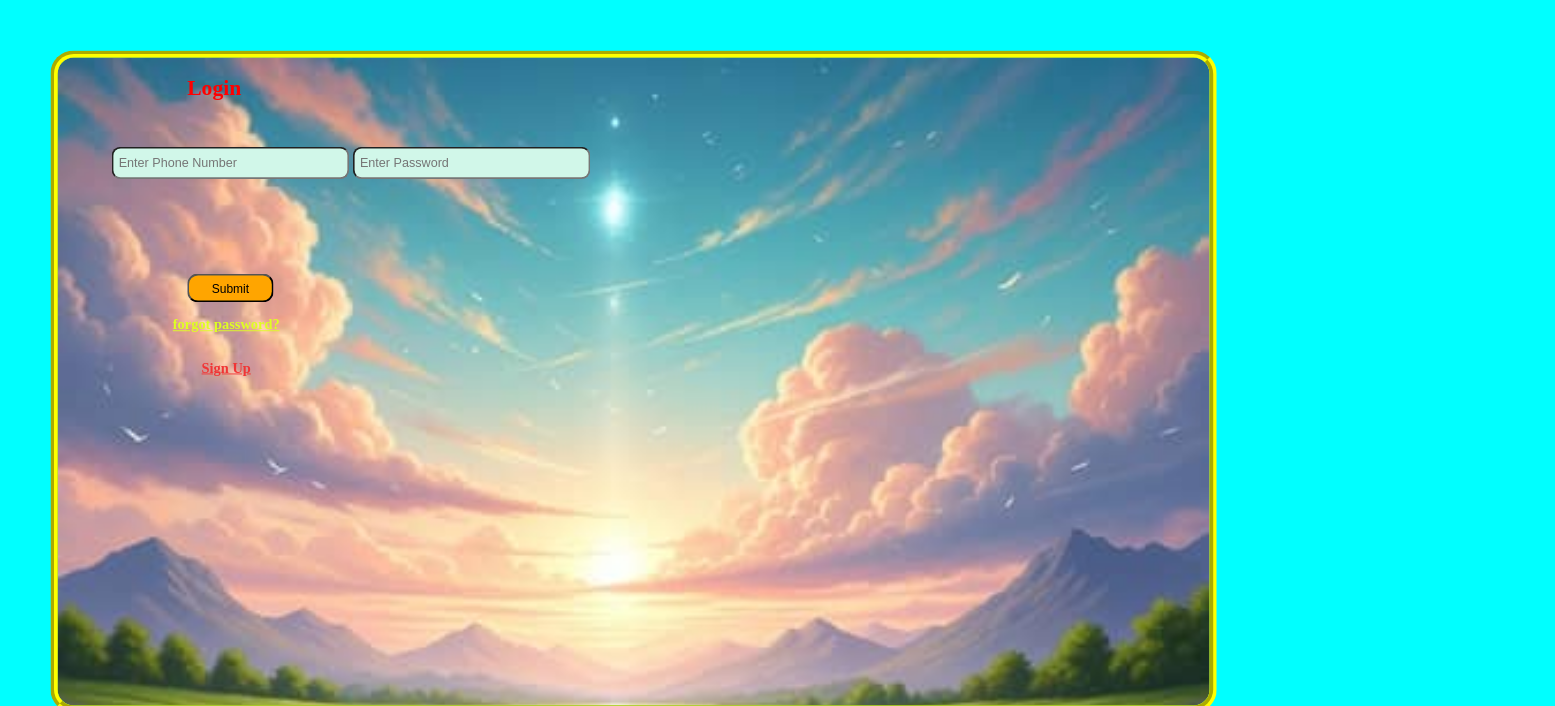
Repository: Amani-Kibet/express-app-web
Page: pages/signup/login.html
The author's editor kept a copy of each file at every save. The page is drawn from the files as they stood at one save, then again after the next save.
The browser window is 1280 px wide. The page is 1488 px wide, then 1728 px, so the pictures cover 1728 px, including what lies to the right of the window. The pictures show the whole page, at 90% of full size.

Above is the page before, as saved 2025-09-28 16:04:33.

### pages/signup/login.html
<!DOCTYPE html>
<head>
  <title> Login Page</title>
  <style>
    #board{
      background: url(/pictures/p1.png);
      background-size: cover;
      width: 100vw;
      height: 100vh;
      border-radius: 18px;
      outline: 8px groove yellow;
      position: absolute;
      top: 4rem;
      left: 4rem;
    }
  h2{
    color: red;
    position: relative;
    left: 9rem
  }
  .inputs{
    width: 16rem;
    height: 30px;
    position: relative;
    left: 60px;
    margin-top: 2rem;
    border-radius: 10px;
    color: blue;
    font-size: 14px;
    background-color: rgb(209, 247, 233);
  }
  #submit{
    background: orange;
    position: absolute;
    width: 6rem;
    height: 2rem;
    top:15rem;
    left: 9rem;
    border-radius: 12px;
  }
  .links{
    position: absolute;
    font-weight: 800;
  }
  #link1{
    top: 18rem;
    left: 8rem;
    color:rgb(222, 255, 34)
  }
  #link2{
    top: 21rem;
    left: 10rem;
    color:rgb(241, 53, 53);
  }
  #msg{
    background: lightblue;
    width: 14rem;
    height: 14rem;
    border-radius: 10px;
    position: absolute;
    bottom: 8rem;
    left: 5rem;
    outline: 2px groove yellow;
    display: none;
  }
  .prog{
    width: 3rem;
    height: 3rem;
    border-radius: 40px;
    position: absolute;
    top: 2rem;
    left: 4.5rem;
    outline: 10px groove yellow;
    font-size: 40px;
  }
  #prog2{
      transform: rotateY(90deg)
  }
  #progC{
    transform-style: preserve-3d;
    animation: spin 4s ease-in-out infinite;
  }
  #msgT{
    position: relative;
    top: 6rem;
    left: 1rem;
    color: blue;
    font-weight: 500;
    font-size: large;
    width: 12rem;
    height: 50px;
  }
  #loginT{
    position: relative;
    top: 6rem;
    left: 1rem;
    color: rgb(255, 60, 0);
    font-weight: 500;
    font-size: large;
    width: 12rem;
    height: 50px;
  }
  @keyframes spin{
    0%{transform: rotateY(0deg) rotateX(0deg) translateX(0px)}
    50%{transform: rotateY(360deg) rotateX(60deg) translateX(50px)}
    100%{transform: rotateY(0deg) rotateX(0deg) translateX(0px)}
  }
  </style>
</head>
<body bgColor="cyan">
  <div id="board">
    <h2>Login</h2>
    <input type="number" class="inputs" id="phoneI" placeholder=" Enter Phone Number">
    <input type="password" class="inputs" id="passI" placeholder=" Enter Password">
  <button id="submit" onclick="f1()">Submit</button>
  <a id="link1" class="links" href="http:localhost:3000">forgot password?<a>
    <a class="links" id="link2" href="/pages/signup/signIn.html">Sign Up</a>
    <div id="msg">
      <div id="progC">
        <div id="prog1" class="prog">🔴</div>
      <div id="prog2" class="prog">🟢</div>
      </div>
      <p id="loginT">Logging in...</p>
      <h3 id="msgT">No text returned</h3>
    </div>
  </div>
</body>
<script>
  let bt1= document.getElementById("submit")
  let msgT= document.getElementById("msgT")
  let msg= document.getElementById("msg")
  let phoneC= document.getElementById("phoneI");
  let passC= document.getElementById("passI")

function f1(){
  let phoneI= document.getElementById("phoneI").value;
  let passI= document.getElementById("passI").value;

  fetch("/path4",{
    method: "POST",
    headers: {"Content-Type":"application/json"},
    body: JSON.stringify({phone: `${phoneI}`, pass: `${passI}`})
  })
  .then(type=> type.json())
  .then(data=>{
    if(data.name=="Null"){
      phoneC.style.color="red";
      phoneC.type="text";
      phoneC.value+=" Is Not Found";

      setTimeout(()=>{
        phoneC.style.color="blue";
        phoneC.type="number";
      }, 5000);
    } else
    {
      msg.style.display="block";
      msgT.innerHTML=`Welcome Back ${data.name}!`;
      setTimeout(()=>{
        msg.style.display="none";
        window.location.href="/pages/contents/profile.html"
      }, 8000);
    }
  });
  console.log(x.split(" "))
}
</script>
</html>

After the next save:
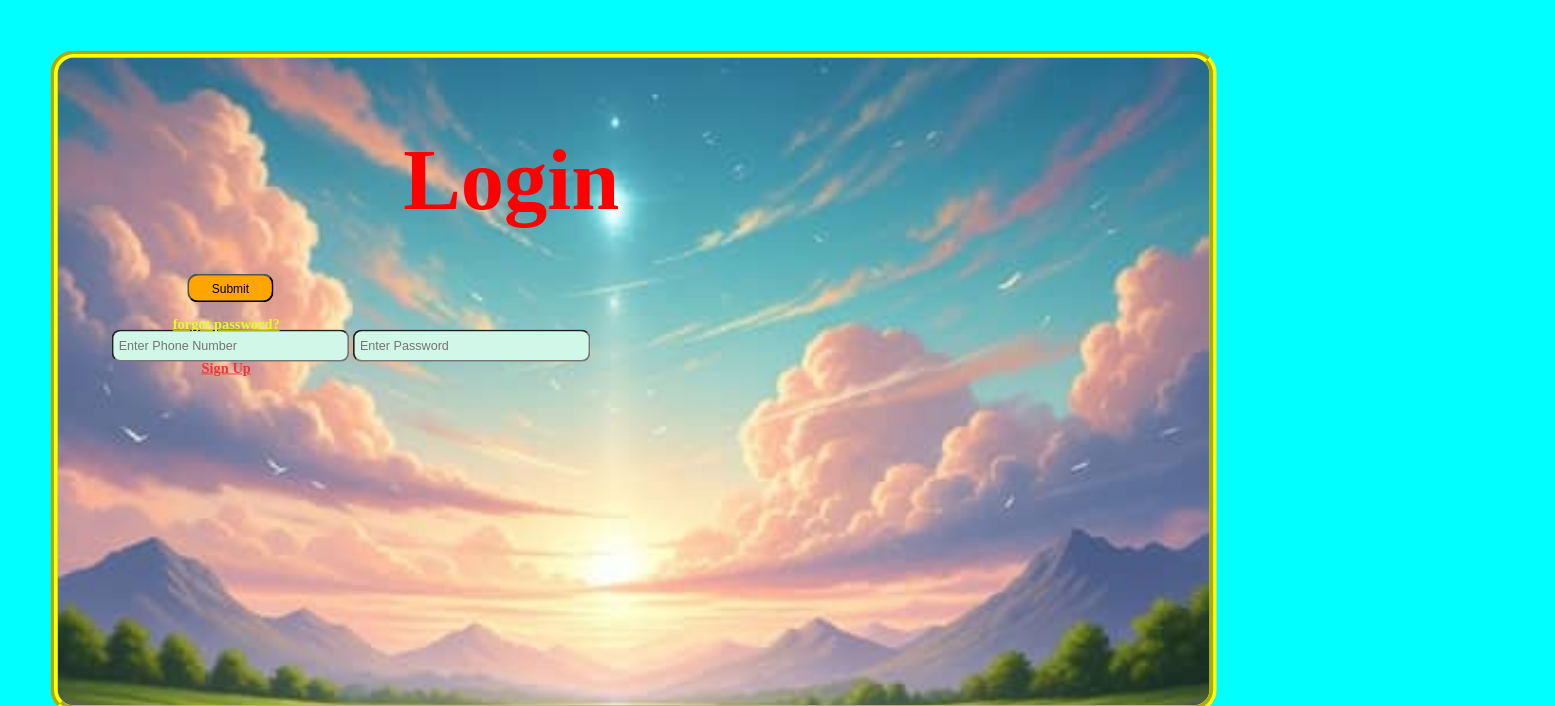
Saved 15 s later.
--- a/pages/signup/login.html
+++ b/pages/signup/login.html
@@ -13,11 +13,12 @@
       top: 4rem;
       left: 4rem;
     }
-  h2{
-    color: red;
-    position: relative;
-    left: 9rem
-  }
+    h2{
+      color: red;
+      position: relative;
+      left: 30%;
+      font-size: 6rem
+    }
   .inputs{
     width: 16rem;
     height: 30px;
